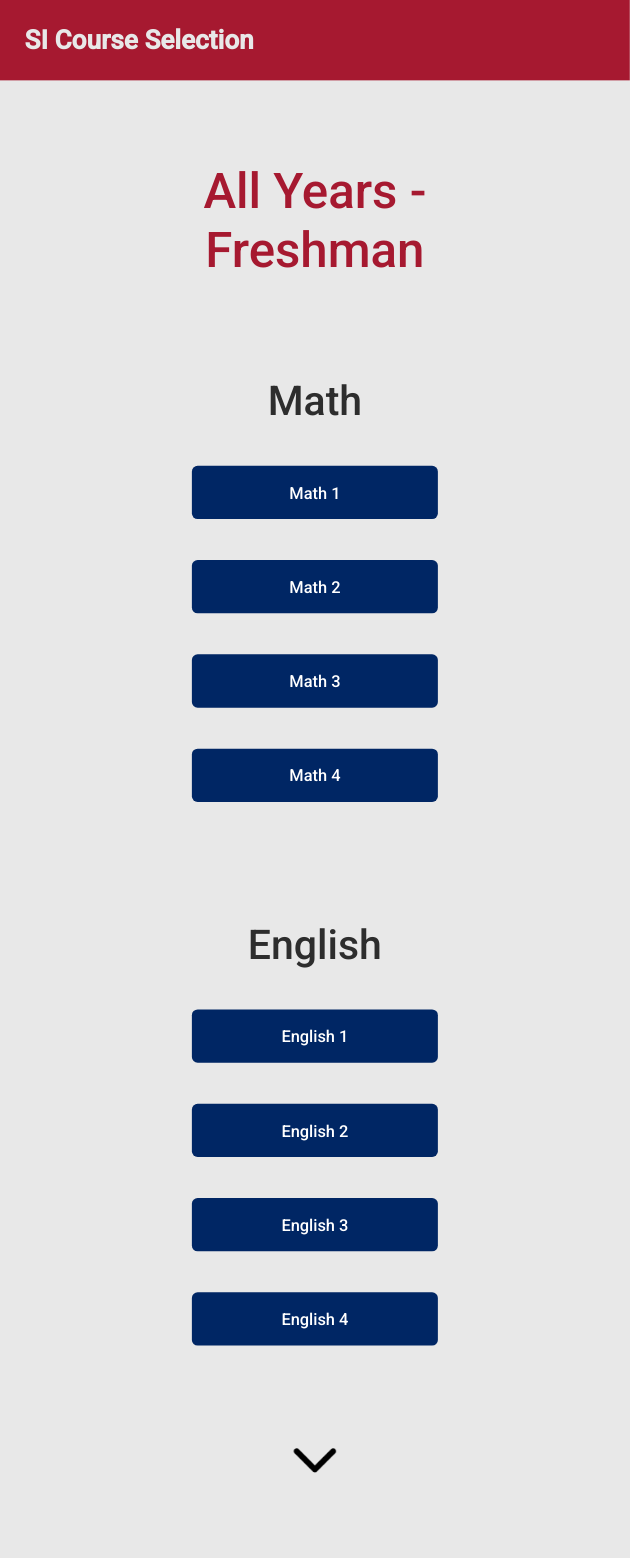
Repository: BuddyBob/si_course_selection
Page: /#/yearTwo
The author's editor kept a copy of each file at every save. The page is drawn from the files as they stood at one save, then again after the next save.
The browser window is 768 px wide. The pictures show the whole page, at 82% of full size.
The project was rebuilt for these pictures with package versions that can differ from the ones it lists, and the page was loaded fresh each time. Also part of the build but not shown: src/components/CurrentYear.js, src/getLocalStorage.js, src/Home.js, src/components/AllYears/YearFour.js, src/components/AllYears/YearOne.js, src/components/AllYears/YearThree.js.

Above is the page before, as saved 2023-01-04 09:48:57.

After the next save:
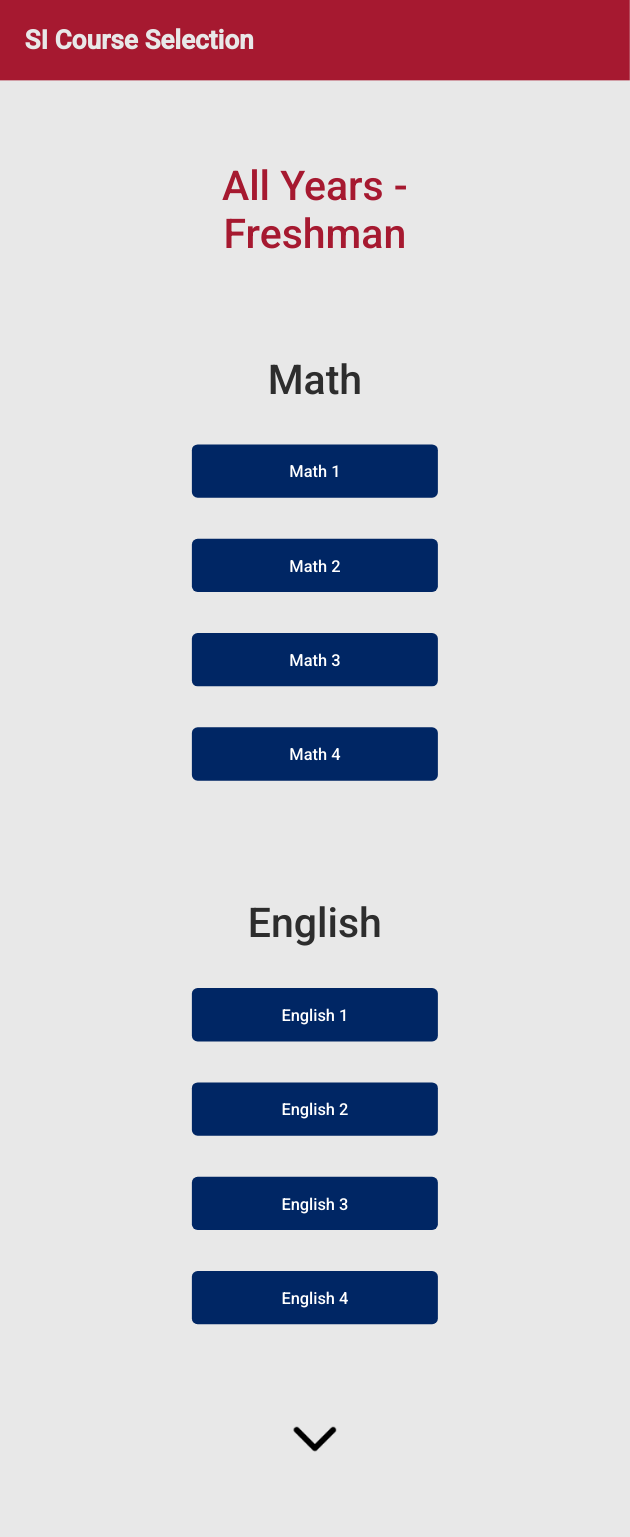
Saved 12 s later.
--- a/src/components/courseSelection.css
+++ b/src/components/courseSelection.css
@@ -32,9 +32,9 @@
 
 }
 
-@media screen and (max-width: 1000px) {
+@media screen and (max-width: 900px) {
   .titleCourseSelect{
-    font-size: 60px;
+    font-size: 50px;
   }
 }
 
